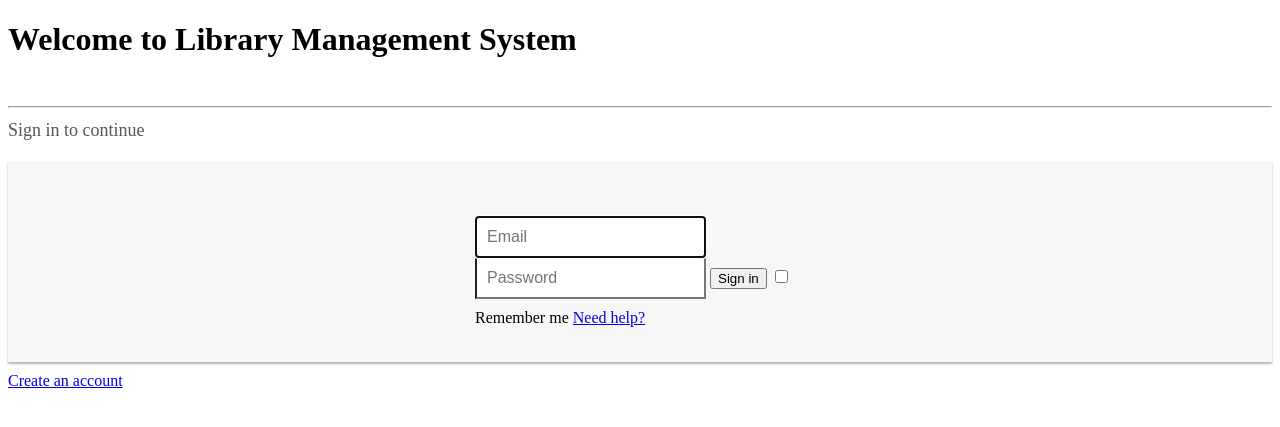
Repository: paragpatidar/LibraryManagementSystem
Page: http://localhost/LibraryManagementSystemSpring/
These files come from the project's save history. The page is drawn as it stood at one moment and after the next save; the edit follows.
The browser window is 1280 px wide. The pictures show the whole page.
The page is served by Tomcat 9. Nobody is signed in. The application's start-up code is not run.

Above is the page before, as saved 2017-11-08 04:11:34.

After the next save:
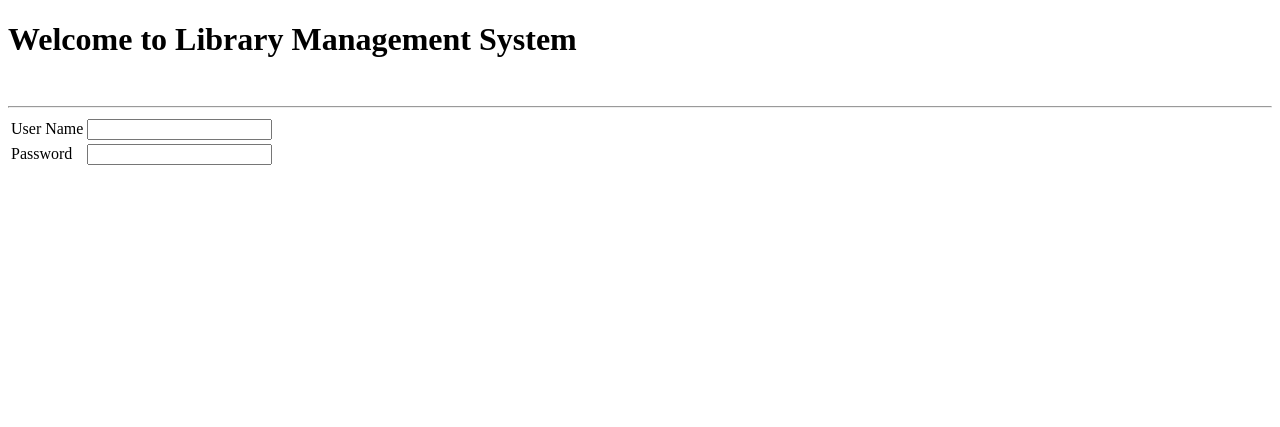
Saved 3 min 45 s later.
--- a/LibraryManagementSystemSpring/WebContent/index.jsp
+++ b/LibraryManagementSystemSpring/WebContent/index.jsp
@@ -1,112 +1,28 @@
 <%@ page language="java" contentType="text/html; charset=ISO-8859-1"
-    pageEncoding="ISO-8859-1"%>
+	pageEncoding="ISO-8859-1"%>
 <!DOCTYPE html PUBLIC "-//W3C//DTD HTML 4.01 Transitional//EN" "http://www.w3.org/TR/html4/loose.dtd">
 <html>
 <head>
 <meta http-equiv="Content-Type" content="text/html; charset=ISO-8859-1">
 <title>Insert title here</title>
-<style>
-.form-signin
-{
-    max-width: 330px;
-    padding: 15px;
-    margin: 0 auto;
-}
-.form-signin .form-signin-heading, .form-signin .checkbox
-{
-    margin-bottom: 10px;
-}
-.form-signin .checkbox
-{
-    font-weight: normal;
-}
-.form-signin .form-control
-{
-    position: relative;
-    font-size: 16px;
-    height: auto;
-    padding: 10px;
-    -webkit-box-sizing: border-box;
-    -moz-box-sizing: border-box;
-    box-sizing: border-box;
-}
-.form-signin .form-control:focus
-{
-    z-index: 2;
-}
-.form-signin input[type="text"]
-{
-    margin-bottom: -1px;
-    border-bottom-left-radius: 0;
-    border-bottom-right-radius: 0;
-}
-.form-signin input[type="password"]
-{
-    margin-bottom: 10px;
-    border-top-left-radius: 0;
-    border-top-right-radius: 0;
-}
-.account-wall
-{
-    margin-top: 20px;
-    padding: 40px 0px 20px 0px;
-    background-color: #f7f7f7;
-    -moz-box-shadow: 0px 2px 2px rgba(0, 0, 0, 0.3);
-    -webkit-box-shadow: 0px 2px 2px rgba(0, 0, 0, 0.3);
-    box-shadow: 0px 2px 2px rgba(0, 0, 0, 0.3);
-}
-.login-title
-{
-    color: #555;
-    font-size: 18px;
-    font-weight: 400;
-    display: block;
-}
-.profile-img
-{
-    width: 96px;
-    height: 96px;
-    margin: 0 auto 10px;
-    display: block;
-    -moz-border-radius: 50%;
-    -webkit-border-radius: 50%;
-    border-radius: 50%;
-}
-.need-help
-{
-    margin-top: 10px;
-}
-.new-account
-{
-    display: block;
-    margin-top: 10px;
-}
-</style>
 </head>
 <body>
-<h1>Welcome to Library Management System</h1>
-<br>
-<hr>
-<div class="container">
-    <div class="row">
-        <div class="col-sm-6 col-md-4 col-md-offset-4">
-            <h1 class="text-center login-title">Sign in to continue</h1>
-            <div class="account-wall">
-                <form class="form-signin">
-                <input type="text" class="form-control" placeholder="Email" required autofocus>
-                <input type="password" class="form-control" placeholder="Password" required>
-                <button class="btn btn-lg btn-primary btn-block" type="submit">
-                    Sign in</button>
-                <label class="checkbox pull-left">
-                    <input type="checkbox" value="remember-me">
-                    Remember me
-                </label>
-                <a href="#" class="pull-right need-help">Need help? </a><span class="clearfix"></span>
-                </form>
-            </div>
-            <a href="#" class="text-center new-account">Create an account </a>
-        </div>
-    </div>
-</div>
+	<h1>Welcome to Library Management System</h1>
+	<br>
+	<hr>
+	<form action="">
+		<table>
+			<tr>
+				<td>User Name</td>
+				<td><input type="text" name="userName"></td>
+			</tr>
+			<tr>
+				<td>Password</td>
+				<td><input type="password" name="password"></td>
+			</tr>
+
+		</table>
+
+	</form>
 </body>
 </html>
